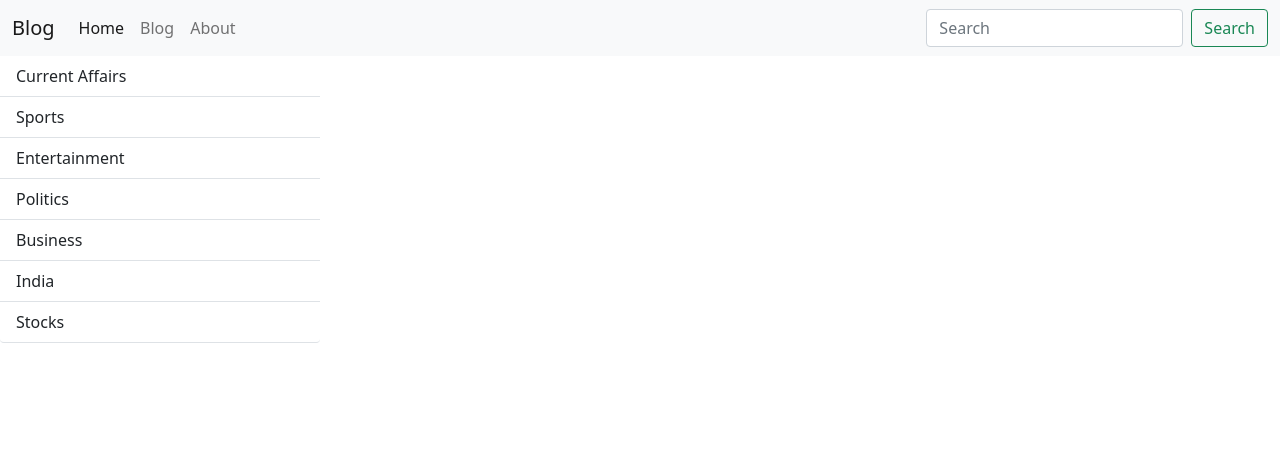
Repository: syni18/bootstrap_blog
Page: index.html
These files come from the project's save history. The page is drawn as it stood at one moment and after a run of saves; the edit follows.
The browser window is 1280 px wide. The pictures show the whole page.

Above is the page before, as saved 2023-10-25 21:07:41.

### index.html
<!DOCTYPE html>
<html lang="en">
<head>
    <meta charset="UTF-8">
    <meta name="viewport" content="width=device-width, initial-scale=1.0">
     <link href="https://cdn.jsdelivr.net/npm/bootstrap@5.0.2/dist/css/bootstrap.min.css" rel="stylesheet" integrity="sha384-EVSTQN3/azprG1Anm3QDgpJLIm9Nao0Yz1ztcQTwFspd3yD65VohhpuuCOmLASjC" crossorigin="anonymous">
    <script src="https://cdn.jsdelivr.net/npm/bootstrap@5.0.2/dist/js/bootstrap.bundle.min.js" integrity="sha384-MrcW6ZMFYlzcLA8Nl+NtUVF0sA7MsXsP1UyJoMp4YLEuNSfAP+JcXn/tWtIaxVXM" crossorigin="anonymous"></script>
    <title>Blogging</title>
</head>
<body>
    <nav class="navbar navbar-expand-lg navbar-light bg-light">
      <div class="container-fluid">
        <a class="navbar-brand" href="#">
          Blog
        </a>
        <button
          class="navbar-toggler"
          type="button"
          data-bs-toggle="collapse"
          data-bs-target="#navbarSupportedContent"
          aria-controls="navbarSupportedContent"
          aria-expanded="false"
          aria-label="Toggle navigation"
        >
          <span class="navbar-toggler-icon"></span>
        </button>
        <div class="collapse navbar-collapse" id="navbarSupportedContent">
          <ul class="navbar-nav me-auto mb-2 mb-lg-0">
            <li class="nav-item">
              <a class="nav-link active" aria-current="page" href="#">
                Home
              </a>
            </li>
            <li class="nav-item">
              <a class="nav-link" href="#">
                Blog
              </a>
            </li>
            <!-- <li class="nav-item dropdown">
              <a
                class="nav-link dropdown-toggle"
                href="#"
                id="navbarDropdown"
                role="button"
                data-bs-toggle="dropdown"
                aria-expanded="false"
              >
                Dropdown
              </a>
              <ul class="dropdown-menu" aria-labelledby="navbarDropdown">
                <li>
                  <a class="dropdown-item" href="#">
                    Action
                  </a>
                </li>
                <li>
                  <a class="dropdown-item" href="#">
                    Another action
                  </a>
                </li>
                <li>
                  <hr class="dropdown-divider" />
                </li>
                <li>
                  <a class="dropdown-item" href="#">
                    Something else here
                  </a>
                </li>
              </ul>
            </li> -->
            <li class="nav-item">
              <a class="nav-link" href="#">
                About
              </a>
            </li>
          </ul>
          <form class="d-flex">
            <input
              class="form-control me-2"
              type="search"
              placeholder="Search"
              aria-label="Search"
            />
            <button class="btn btn-outline-success" type="submit">
              Search
            </button>
          </form>
        </div>
      </div>
    </nav>
            <div class=" w-25 p-0">
          <ul class="list-group">
            <li class="list-group-item border-0 border-bottom">Current Affairs</li>
            <li class="list-group-item border-0 border-bottom">Sports</li>
            <li class="list-group-item border-0 border-bottom">Entertainment</li>
            <li class="list-group-item border-0 border-bottom">Politics</li>
            <li class="list-group-item border-0 border-bottom">Business</li>
            <li class="list-group-item border-0 border-bottom">India</li>
            <li class="list-group-item border-0 border-bottom">Stocks</li>

          </ul>
        </div>
</body>
</html>

After the next 5 saves:
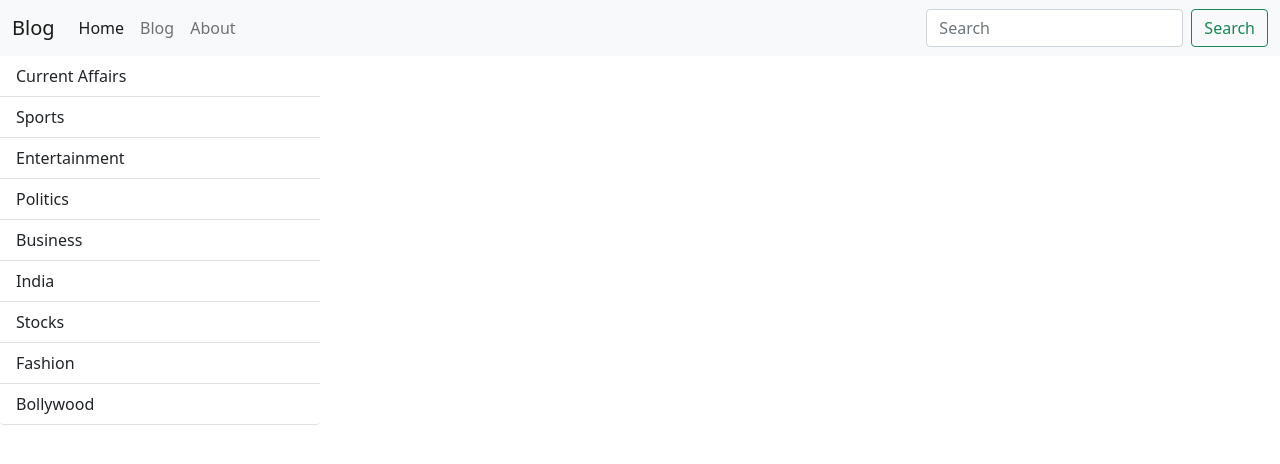
The 5 saves are shown as one change because they came seconds apart.
The last was saved 21 s later.
--- a/index.html
+++ b/index.html
@@ -97,6 +97,8 @@
             <li class="list-group-item border-0 border-bottom">Business</li>
             <li class="list-group-item border-0 border-bottom">India</li>
             <li class="list-group-item border-0 border-bottom">Stocks</li>
+            <li class="list-group-item border-0 border-bottom">Fashion</li>
+            <li class="list-group-item border-0 border-bottom">Bollywood</li>
 
           </ul>
         </div>
